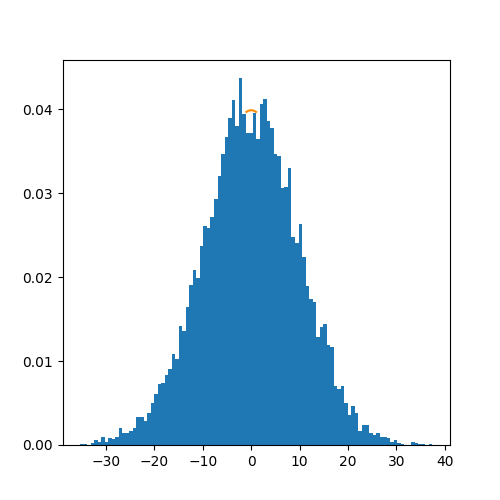
Repository: nishimuraHikar/PythonShowGraph
Script's output: python main.py
These files come from the project's save history. The script's output is drawn as it stood at one moment and after the next save; the edit follows.
Random numbers start from a fixed seed.

Above is the script's output before, as saved 2022-03-03 02:08:33.

### main.py
from time import time
import graph
import numpy as np

datafile = 'predict.csv'

timedata = graph.ReadColumn(datafile,0)
forcedatax = graph.ReadColumn(datafile, 1)
predictdatax = graph.ReadColumn(datafile, 2)
forcedatay = graph.ReadColumn(datafile, 3)
predictdatay = graph.ReadColumn(datafile, 4)

# graph.graph_1data(timedata, rawdata, "Raw Data")
# graph.graph_2data(timedata, rawdata, predictdata, "Raw Data", "Predict Data")
# graph.multiplot_2and1(timedata, forcedatax, predictdatax, forcedatay,predictdatay, "Actual X", "Predict X", "Actual Y", "Predict Y")
graph.histgram(np.random.normal(0, 10, 10000), 100, 10)

### graph.py
import numpy as np
import matplotlib.pyplot as plt
import pandas as pd
from scipy.stats import norm

def ReadColumn(csv, line_num): #csvと列番号を指定
    #csvからndarray型に変換
    csvdata = pd.read_csv(csv, header=0, usecols=[line_num])
    # csvから読んだデータをnumpyの行列に入れる
    array = csvdata.values
    return array

# グラフ表示
# 1つのグラフ
def graph_1data(x_data, y_data, labelname):
    plt.rcParams['font.family'] = 'Times New Roman'
    plt.rcParams["xtick.direction"] = "in"
    plt.rcParams["ytick.direction"] = "in"
    plt.rcParams["xtick.major.width"] = 1.5
    plt.rcParams["ytick.major.width"] = 1.5
    plt.rcParams["font.size"] = 14
    plt.rcParams["axes.linewidth"] = 1.5

    plt.plot(x_data, y_data, c="darkorange", label=labelname)
    np.linspace(min(x_data), max(x_data), 100)
    # plt.ylim(-1.55, 1.55)
    # plt.ylim(min(y_data), max(y_data))
    plt.xlabel("Time[sec]", fontname = 'Times New Roman')
    plt.ylabel("Force[N]", fontname = 'Times New Roman')
    plt.legend()
    # plt.savefig('NNresult.png') #PNGファイル生成
    plt.show()


# 2つのグラフ
def graph_2data(x_data, y1_data, y2_data, labelname1, labelname2):
    plt.rcParams['font.family'] = 'Times New Roman'
    plt.rcParams["xtick.direction"] = "in"
    plt.rcParams["ytick.direction"] = "in"
    plt.rcParams["xtick.major.width"] = 1.5
    plt.rcParams["ytick.major.width"] = 1.5
    plt.rcParams["font.size"] = 14
    plt.rcParams["axes.linewidth"] = 1.5

    plt.plot(x_data, y1_data, c="darkorange", label=labelname1)
    plt.plot(x_data, y2_data, c="blue", label=labelname2)
    np.linspace(min(x_data), max(x_data), 100)
    # plt.ylim(-0.01, 0.01)
    # plt.ylim(min(y_data), max(y_data))
    plt.xlabel("Time[sec]", fontname = 'Times New Roman')
    plt.ylabel("Force[N]", fontname = 'Times New Roman')
    plt.legend()
# <<<<<<< HEAD
#     plt.savefig('NNresult.png') #PNGファイル生成
#     plt.show()

# マルチプロット2行1列
def multiplot_2and1(x_data, y_data1a, y_data1b, y_data2a, y_data2b, labelname1, labelname2, labelname3, labelname4):
    plt.rcParams['font.family'] = 'Times New Roman'
    plt.rcParams["xtick.direction"] = "in"
    plt.rcParams["ytick.direction"] = "in"
    plt.rcParams["xtick.major.width"] = 1.5
    plt.rcParams["ytick.major.width"] = 1.5
    plt.rcParams["font.size"] = 16
    plt.rcParams["axes.linewidth"] = 1.5

    plt.figure(figsize=[9, 7])
    # ax1 = fig.add_subplot(2, 1, 1)
    # ax2 = fig.add_subplot(2, 1, 2)

    plt.subplot(211)
    plt.plot(x_data, y_data1a, c="darkorange", label=labelname1)
    plt.plot(x_data, y_data1b, c="blue", label=labelname2)
    plt.ylabel("Force[N]", fontname = 'Times New Roman')
    plt.xlim(0, 60)
    plt.ylim(-0.1, 0.2)
    plt.axvspan(40, 60, color="gray", alpha=0.3)
    plt.legend(loc = 'upper left')

    plt.subplot(212)
    plt.plot(x_data, y_data2a, c="darkorange", label=labelname3)
    plt.plot(x_data, y_data2b, c="blue", label=labelname4)
    plt.ylabel("Force[N]", fontname = 'Times New Roman')
    plt.xlim(0, 60)
    plt.ylim(-0.1, 0.2)

    np.linspace(min(x_data), max(x_data), 100)
    plt.xlabel("Time[sec]", fontname = 'Times New Roman')
    plt.axvspan(40, 60, color="gray", alpha=0.3)
    plt.legend(loc = 'upper left')

    plt.tight_layout()
    plt.savefig("result.pdf")
    plt.show()

# ヒストグラム
def histgram(data, binsnum, scale):
    fig = plt.figure(figsize = [5,5])
    ax = fig.add_subplot(111)
    ax.hist(data, bins = binsnum, density = True)
    X = np.linspace(-1.0, 1.0, 100)
    Y = norm.pdf(X, loc=0, scale=scale)
    ax.plot(X, Y, c="darkorange")
    plt.show()

Loaded but not shown: predict.csv (59902 lines, source omitted)

After the next save:
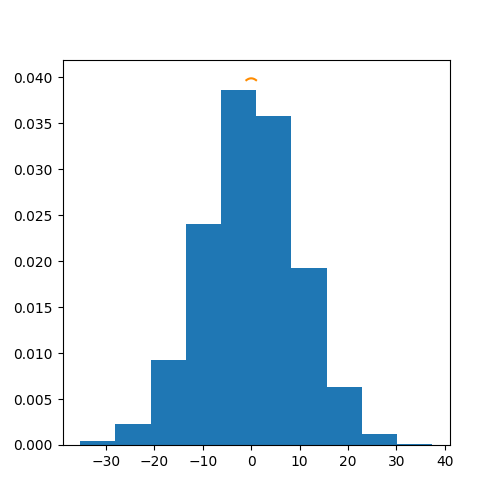
Saved 13 s later.
--- a/main.py
+++ b/main.py
@@ -13,4 +13,4 @@ predictdatay = graph.ReadColumn(datafile, 4)
 # graph.graph_1data(timedata, rawdata, "Raw Data")
 # graph.graph_2data(timedata, rawdata, predictdata, "Raw Data", "Predict Data")
 # graph.multiplot_2and1(timedata, forcedatax, predictdatax, forcedatay,predictdatay, "Actual X", "Predict X", "Actual Y", "Predict Y")
-graph.histgram(np.random.normal(0, 10, 10000), 100, 10)
+graph.histgram(np.random.normal(0, 10, 10000), 10, 10)
